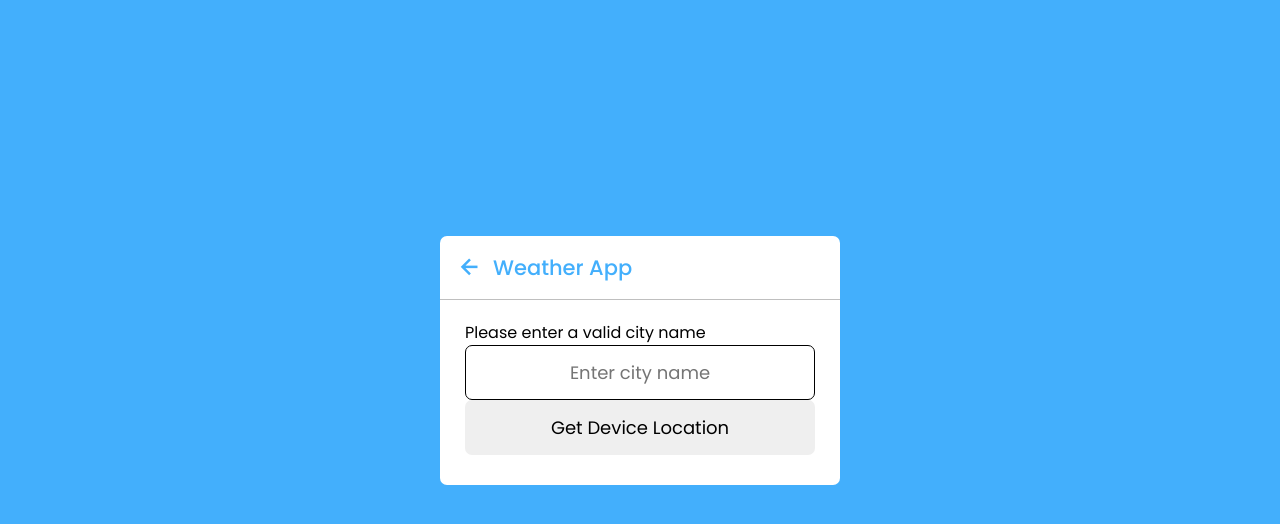
Repository: long13820/Weather-App-HTML-CSS-Javascript
Page: index.html
The author's editor kept a copy of each file at every save. The page is drawn from the files as they stood at one save, then again after a run of saves.
The browser window is 1280 px wide. The pictures show the whole page.

Above is the page before, as saved 2021-09-02 01:01:13.

### index.html
<!DOCTYPE html>
<html lang="en">
<head>
    <meta charset="UTF-8">
    <meta http-equiv="X-UA-Compatible" content="IE=edge">
    <meta name="viewport" content="width=device-width, initial-scale=1.0">
    <title>Weather App</title>
    <link rel="stylesheet" href="style.css">

    <!--Linking Boxicon For Icon-->
    <link rel="stylesheet" href='https://unpkg.com/boxicons@2.0.9/css/boxicons.min.css' >


</head>
<body>
    <div class="wrapper">
        <header>
            <i class="bx bx-left-arrow-alt"></i>
            Weather App
        </header>
        <section class="input-part">
            <p class="info-txt">Please enter a valid city name</p>
            <input type="text" placeholder="Enter city name" spellcheck="false">
            <div class="separator"></div>
            <button>Get Device Location</button>
        </section>
    </div>
</body>
</html>

### style.css
/*Import Google Font - Poppins*/
@import url('https://fonts.googleapis.com/css2?family=Poppins:wght@400;500;600;700&display=swap');
*{
    margin: 0;
    padding: 0;
    box-sizing: border-box;
    font-family: 'Poppins', sans-serif;
}
body{
    display: flex;
    align-items: center;
    justify-content: center;
    min-height: 100vh;
    background: #43AFFC;
}
.wrapper{
    width: 400px;
    border-radius: 7px;
    background: white;
}
.wrapper header{
    color: #43AFFC;
    font-size: 21px;
    font-weight: 500;
    padding: 16px 15px;
    display: flex;
    align-items: center;
    border-bottom: 1px solid #bfbfbf;

}
header i{
    cursor: pointer;
    font-size: 30px;
    margin-right: 8px;
}
.wrapper .input-part{
    margin: 20px 25px 30px;
}
.input-part :where(input, button){
    width: 100%;
    height: 55px;
    border: none;
    outline: none;
    font-size: 18px;
    border-radius: 7px;
}
.input-part input{
    text-align: center;
    border: 1px solid ;
}

After the next 2 saves:
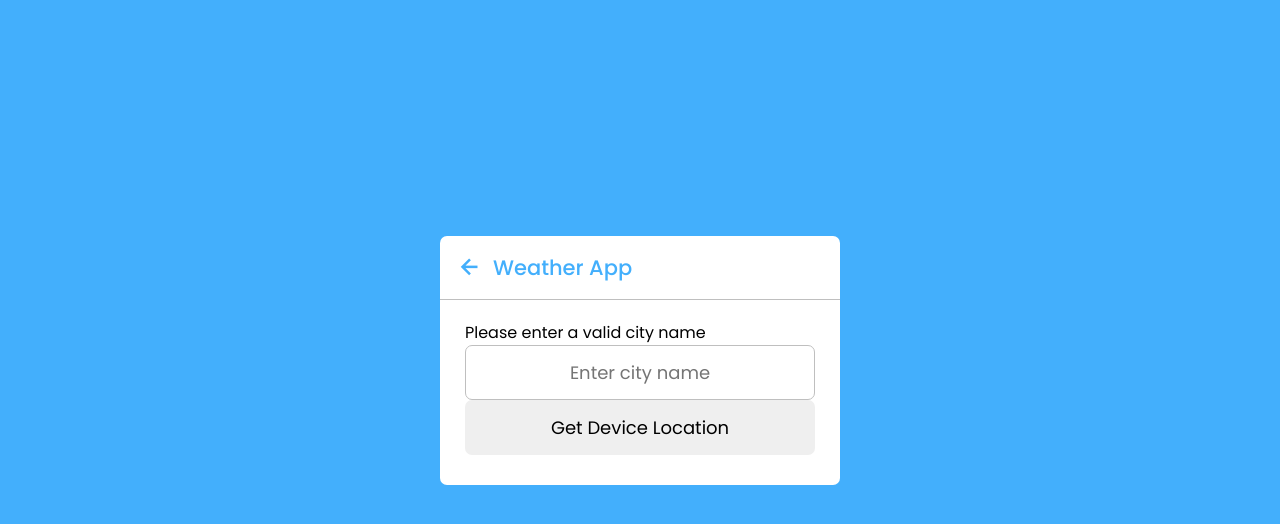
The 2 saves are shown as one change because they came seconds apart.
The last was saved 8 s later.
--- a/style.css
+++ b/style.css
@@ -46,5 +46,5 @@ header i{
 }
 .input-part input{
     text-align: center;
-    border: 1px solid ;
+    border: 1px solid #bfbfbf;
 }
